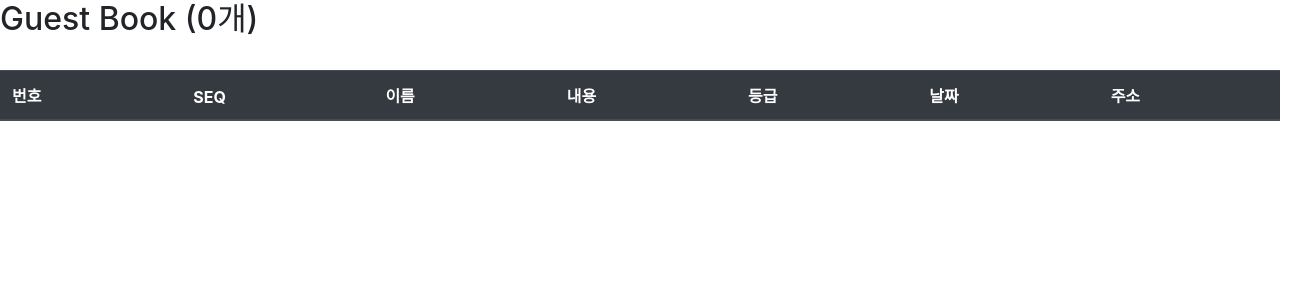
Repository: yerori/Eclipse
Page: http://localhost/ServletGuest/guestbook/list.gb
The author's editor kept a copy of each file at every save. The page is drawn from the files as they stood at one save, then again after the next save.
The browser window is 1280 px wide. The page is 1280 px wide, then 1290 px, so the pictures cover 1290 px, including what lies to the right of the window. The pictures show the whole page.
The page is served by Tomcat 9. Other server files are loaded and not shown. Queries for data that is not in the repository find no rows.

Above is the page before, as saved 2020-08-06 00:33:00.
Console error (its wording comes from the project's code and is left out).

### ServletGuest/WebContent/guestbook/listResult.jsp
<%@page import="java.util.ArrayList"%>
<%@page import="com.guest.model.GuestDAO"%> <!-- import 먼저 시키고 -->
<%@page import="com.guest.model.GuestDTO"%>
<%@ page language="java" contentType="text/html; charset=UTF-8"
    pageEncoding="UTF-8"%>
 <%@ taglib prefix="c" uri="http://java.sun.com/jsp/jstl/core" %> <!-- lib에 jstl넣고 이 태그 복붙 -->
 <link rel="stylesheet" href="https://stackpath.bootstrapcdn.com/bootstrap/4.5.1/css/bootstrap.min.css" integrity="sha384-VCmXjywReHh4PwowAiWNagnWcLhlEJLA5buUprzK8rxFgeH0kww/aWY76TfkUoSX" crossorigin="anonymous">
<script src="https://stackpath.bootstrapcdn.com/bootstrap/4.5.1/js/bootstrap.min.js" integrity="sha384-XEerZL0cuoUbHE4nZReLT7nx9gQrQreJekYhJD9WNWhH8nEW+0c5qq7aIo2Wl30J" crossorigin="anonymous"></script>
<!-- 부트스트랩 쓰긔 -->


<h2>Guest Book (${count }개)</h2><br>
<table class="table">
  <thead class="thead-dark">
    <tr>
     <th scope="col">번호</th>
     <th scope="col">SEQ</th>
 	 <th scope="col">이름</th>
      <th scope="col">내용</th>
      <th scope="col">등급</th>
      <th scope="col">날짜</th>
      <th scope="col">주소</th>
    </tr>
  </thead>
  <tbody>
  <c:forEach items="${guestbook }" var ="guest" varStatus="st">  <!-- varStatus : 목록값의 위치를 알려줌 -->
  		<!-- listaction에서 request.setAttribute("guestbook",arr)했으니, items에 guestbook담음-->
    <tr>
    <td>${rowNo-st.index }</td>
    <th>${guest.num }</th>
	<td><a href="javascript:fview(${guest.num })">${guest.name }</a></td>
	<td>${guest.content }</td>
	<td>${guest.grade }</td>
	<td>${guest.created }</td>
	<td>${guest.ipaddr }</td>
	</tr>
	</c:forEach>
</table>
<div align="center">
	<c:if test="${pu.startPage > pu.pageBlock }"> <!-- 이전 -->
	 <a href="javascript:getData(${pu.startPage-pu.pageBlock})">[이전]</a>
	</c:if >

	<c:forEach begin="${pu.startPage}" end="${pu.endPage }" var ="i">
	<c:if test="${i==pu.currentPage }"> <!-- 현재 페이지,, i가 현재페이지 의미 -->
		<c:out value="${i }"/>
	</c:if>

	<c:if test="${i!=pu.currentPage }"><!-- 현재 페이지 아닌 경우 링크 부여 -->
	 <a href="javascript:getData(${i })">${i }</a>
	</c:if>
	</c:forEach>
	<c:if test="${pu.endPage < pu.totPage }">
	 <a href="javascript:getData(${pu.endPage+1 })">[다음]</a>
	</c:if>
</div>
</body>

</html>

### ServletGuest/src/com/guest/action/GuestListAction.java
package com.guest.action;

import java.io.IOException;
import java.util.ArrayList;

import javax.servlet.RequestDispatcher;
import javax.servlet.ServletException;
import javax.servlet.annotation.WebServlet;
import javax.servlet.http.HttpServlet;
import javax.servlet.http.HttpServletRequest;
import javax.servlet.http.HttpServletResponse;

import com.guest.model.GuestDAO;
import com.guest.model.GuestDTO;
import com.guest.model.PageUtil;


@WebServlet("/guestbook/list.gb")
public class GuestListAction extends HttpServlet {
	private static final long serialVersionUID = 1L;

    public GuestListAction() {
        super();
        // TODO Auto-generated constructor stub
    }

	protected void doGet(HttpServletRequest request, HttpServletResponse response) throws ServletException, IOException {
		request.setCharacterEncoding("utf-8");
		GuestDAO dao = GuestDAO.getInstance();
		String pageNum=request.getParameter("pageNum")==null?"1":request.getParameter("pageNum");
		int currentPage=Integer.parseInt(pageNum);
		int pageSize = 5; //한 페이지에 5번까지
		int startRow = (currentPage-1)*pageSize+1;
		int endRow=currentPage*pageSize;

		try {

			int count=dao.getCount();
			//총페이지수
			int totPage=(count/pageSize)+(count%pageSize==0?0:1);
			int pageBlock = 3; //1,2,3 숫자 페이지만
			int startPage = ((currentPage-1)/pageBlock)*pageBlock+1;
			int endPage = startPage+pageBlock-1;

			if(endPage>totPage) endPage=totPage; //마지막 숫자는 나오면 x

			PageUtil pu = new PageUtil();
			pu.setCurrentPage(currentPage);
			pu.setEndPage(endPage);
			pu.setPageBlock(pageBlock);
			pu.setStartPage(startPage);
			pu.setTotPage(totPage);

			ArrayList<GuestDTO> arr = dao.guestList(startRow,endRow);

			int rowNo = count-((currentPage-1)*pageSize); //매 페이지의 시작번호

			request.setAttribute("rowNo", rowNo);
			request.setAttribute("pu", pu);
			request.setAttribute("guestbook", arr);
			request.setAttribute("count", count);
			RequestDispatcher rd = request.getRequestDispatcher("listResult.jsp");
			rd.forward(request, response);
		} catch (Exception e) {
			e.printStackTrace();
		}
	}

	protected void doPost(HttpServletRequest request, HttpServletResponse response) throws ServletException, IOException {

		doGet(request, response);
	}

}

### ServletGuest/src/com/guest/model/GuestDAO.java
package com.guest.model;

import java.sql.Connection;
import java.sql.PreparedStatement;
import java.sql.ResultSet;
import java.sql.SQLException;
import java.sql.Statement;
import java.util.ArrayList;

import javax.naming.Context;
import javax.naming.InitialContext;
import javax.sql.DataSource;

public class GuestDAO {


	//db세팅
private static GuestDAO instance = new GuestDAO();

	public static GuestDAO getInstance() {
		return instance;
	}

	private Connection getConnection() throws Exception{
		Context iniCtx = new InitialContext();
		Context envCtx = (Context) iniCtx.lookup("java:comp/env");
		DataSource ds = (DataSource) envCtx.lookup("jdbc/guest");
		return ds.getConnection();
	}


	//추가
	public void guestInsert(GuestDTO guest) throws Exception {
		Connection con=null;
		PreparedStatement ps = null;

		try {
			con=getConnection();			// ★ sql문 어려웠다 ㅠ_ㅠ → 입력하는 값이 3개밖에 없고, ip주소는 내가 입력하는게 아님!!
			String sql="insert into guestbook values(guestbook_seq.nextval,?,?,?,sysdate,?)";
			ps=con.prepareStatement(sql);
			ps.setString(1, guest.getName());
			ps.setString(2, guest.getContent());
			ps.setString(3, guest.getGrade());
			ps.setString(4, guest.getIpaddr());
			ps.executeUpdate(); //ps.execute() 적어도 상관 x

		} catch (SQLException e) {
			// TODO Auto-generated catch block
			e.printStackTrace();
		}finally {
			closeConnection(con,ps);
		}
	}

	//전체보기 페이지
	public ArrayList<GuestDTO> guestList(int startRow, int endRow) throws Exception{
		Connection con = null;
		PreparedStatement ps = null;
		ResultSet rs = null;
		ArrayList<GuestDTO> arr = new ArrayList<>();

		try {
			con=getConnection();
			StringBuilder sb = new StringBuilder();
			sb.append("select * from");
			sb.append(" (select aa.*, rownum rn from");
			sb.append(" (select * from guestbook order by num desc) aa");
			sb.append(" where rownum<=? ) where rn>=?");

			ps=con.prepareStatement(sb.toString());
			ps.setInt(1,endRow);
			ps.setInt(2,startRow);
			rs=ps.executeQuery();

			 while(rs.next()) {
				 GuestDTO guest = new GuestDTO();
				 guest.setContent(rs.getString("content"));
				 guest.setCreated(rs.getString("created"));
				 guest.setGrade(rs.getString("grade"));
				 guest.setIpaddr(rs.getString("ipaddr"));
				 guest.setName(rs.getString("name"));
				 guest.setNum(rs.getInt("num"));
				 arr.add(guest);
			 }
		} catch (SQLException e) {
			// TODO Auto-generated catch block
			e.printStackTrace();
		}
		finally {
			closeConnection(con, ps, rs);
		}
		return arr;
	}



	//전체보기
	public ArrayList<GuestDTO> guestList() throws Exception{
		Connection con = null;
		Statement st = null;
		ResultSet rs = null;
		ArrayList<GuestDTO> arr = new ArrayList<>();

		try {
			con=getConnection();
			String sql="select * from guestbook order by num asc";
			st=con.createStatement();
			rs=st.executeQuery(sql);
			 while(rs.next()) {
				 GuestDTO guest = new GuestDTO();
				 guest.setContent(rs.getString("content"));
				 guest.setCreated(rs.getString("created"));
				 guest.setGrade(rs.getString("grade"));
				 guest.setIpaddr(rs.getString("ipaddr"));
				 guest.setName(rs.getString("name"));
				 guest.setNum(rs.getInt("num"));
				 arr.add(guest);
			 }
		} catch (SQLException e) {
			// TODO Auto-generated catch block
			e.printStackTrace();
		}
		finally {
			closeConnection(con, st, rs);
		}
		return arr;
	}


	//상세보기
	public GuestDTO guestView(int num){
		Connection con=null;
		Statement st = null;
		ResultSet rs = null;
		GuestDTO dto = null;

		try {
			con=getConnection();
			String sql = "select * from guestbook where num="+num;
			st=con.createStatement();
			rs=st.executeQuery(sql);
			if(rs.next()) {
				dto = new GuestDTO();
				dto.setNum(rs.getInt("num"));
				dto.setName(rs.getString("name"));
				dto.setContent(rs.getString("content"));
				dto.setCreated(rs.getString("created"));
				dto.setGrade(rs.getString("grade"));
				dto.setIpaddr(rs.getString("ipaddr"));


			}
		} catch (Exception e) {
			// TODO Auto-generated catch block
			e.printStackTrace();
		}finally {
			closeConnection(con, st, rs);
		}
		return dto;
	}

	//개수
	public int getCount() {
		Connection con=null;
		Statement st = null;
		ResultSet rs = null;
		int count=0;

		try {
			con=getConnection();
			String sql = "select count(*) from guestbook";
			st=con.createStatement();
			rs=st.executeQuery(sql);
			while(rs.next()) {
				count=rs.getInt(1);
			}
		} catch (Exception e) {
			// TODO Auto-generated catch block
			e.printStackTrace();
		}finally {
			closeConnection(con, st, rs);
		}
		return count;
	}



	//닫기

	private void closeConnection(Connection con, PreparedStatement ps) {
		try {
			if(ps!=null) ps.close();
			if(con!=null) con.close();
		} catch (SQLException e) {
			// TODO Auto-generated catch block
			e.printStackTrace();
		}
	}

	private void closeConnection(Connection con, Statement st,ResultSet rs) {

		try {
			if(st!=null) st.close();
			if(con!=null) con.close();
			if(rs!=null) rs.close();
		} catch (SQLException e) {
			// TODO Auto-generated catch block
			e.printStackTrace();
		}

}
}

### ServletGuest/src/com/guest/model/PageUtil.java
package com.guest.model;

public class PageUtil {
	private int currentPage;
	private int endPage;
	private int startPage;
	private int totPage;
	private int pageBlock;
	public int getCurrentPage() {
		return currentPage;
	}
	public void setCurrentPage(int currentPage) {
		this.currentPage = currentPage;
	}
	public int getEndPage() {
		return endPage;
	}
	public void setEndPage(int endPage) {
		this.endPage = endPage;
	}
	public int getStartPage() {
		return startPage;
	}
	public void setStartPage(int startPage) {
		this.startPage = startPage;
	}
	public int getTotPage() {
		return totPage;
	}
	public void setTotPage(int totPage) {
		this.totPage = totPage;
	}
	public int getPageBlock() {
		return pageBlock;
	}
	public void setPageBlock(int pageBlock) {
		this.pageBlock = pageBlock;
	}
}

After the next save:
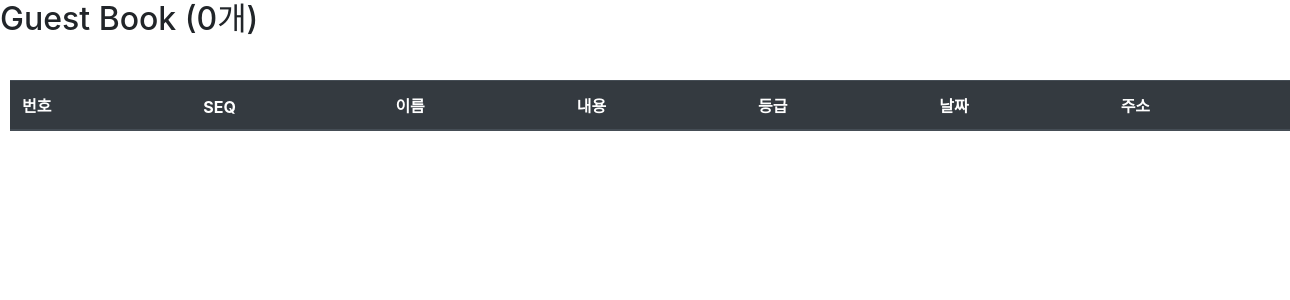
Saved 63 s later.
--- a/ServletGuest/WebContent/guestbook/listResult.jsp
+++ b/ServletGuest/WebContent/guestbook/listResult.jsp
@@ -10,7 +10,7 @@
 
 
 <h2>Guest Book (${count }개)</h2><br>
-<table class="table">
+<table class="table" style="margin:10px">
   <thead class="thead-dark">
     <tr>
      <th scope="col">번호</th>
